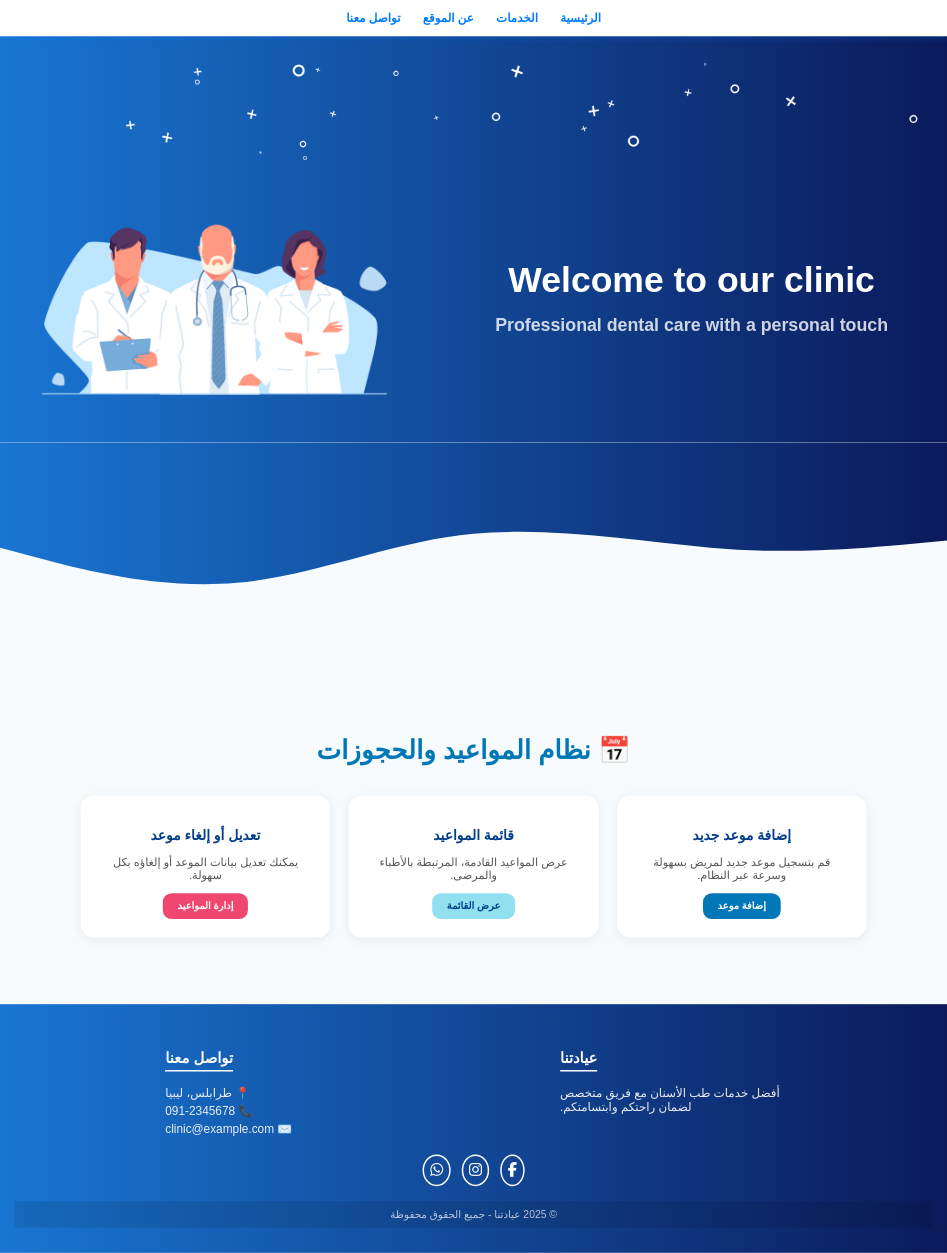
Repository: mysite4/s
Page: http://localhost/services/appointments/
These files come from the project's save history. The page is drawn as it stood at one moment and after the next save; the edit follows.
The browser window is 1280 px wide. The pictures show the whole page, at 74% of full size.
Some web fonts or font styles are not loaded; a fallback is used. The page is served by the project's application, run on Django 5.2 (manage.py).

Above is the page before, as saved 2025-10-28 14:47:41.

After the next save:
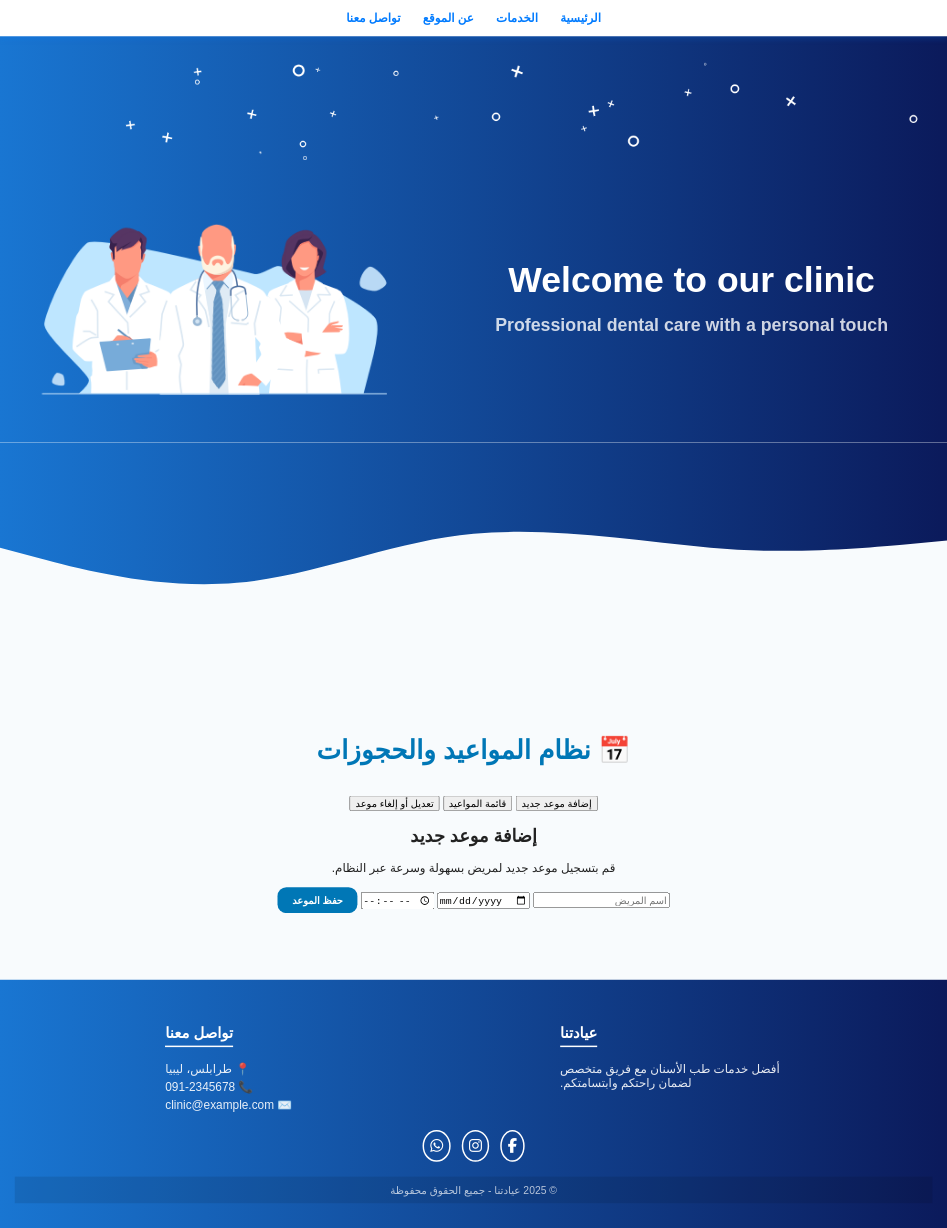
Saved 10 min 27 s later.
--- a/main/templates/services/appointments.html
+++ b/main/templates/services/appointments.html
@@ -7,24 +7,88 @@
 <div class="page-container fade-in">
   <h1 class="page-title">📅 نظام المواعيد والحجوزات</h1>
 
-  <div class="grid-container">
-    <div class="card">
-      <h3>إضافة موعد جديد</h3>
-      <p>قم بتسجيل موعد جديد لمريض بسهولة وسرعة عبر النظام.</p>
-      <button class="btn-main" onclick="alert('سيتم فتح نموذج إضافة موعد جديد')">إضافة موعد</button>
-    </div>
+  <!-- Tabs -->
+  <div class="tabs">
+    <button class="tab-btn active" data-tab="add">إضافة موعد جديد</button>
+    <button class="tab-btn" data-tab="list">قائمة المواعيد</button>
+    <button class="tab-btn" data-tab="manage">تعديل أو إلغاء موعد</button>
+  </div>
 
-    <div class="card">
-      <h3>قائمة المواعيد</h3>
-      <p>عرض المواعيد القادمة، المرتبطة بالأطباء والمرضى.</p>
-      <button class="btn-secondary" onclick="alert('سيتم عرض جميع المواعيد الحالية')">عرض القائمة</button>
-    </div>
+  <!-- محتوى Tabs -->
+  <div class="tab-content" id="add">
+    <h2>إضافة موعد جديد</h2>
+    <p>قم بتسجيل موعد جديد لمريض بسهولة وسرعة عبر النظام.</p>
+    <!-- هنا ممكن تحط نموذج Django Form -->
+    <form>
+      <input type="text" placeholder="اسم المريض">
+      <input type="date" placeholder="تاريخ الموعد">
+      <input type="time" placeholder="وقت الموعد">
+      <button class="btn-main">حفظ الموعد</button>
+    </form>
+  </div>
 
-    <div class="card">
-      <h3>تعديل أو إلغاء موعد</h3>
-      <p>يمكنك تعديل بيانات الموعد أو إلغاؤه بكل سهولة.</p>
-      <button class="btn-alert" onclick="alert('سيتم فتح صفحة تعديل أو إلغاء المواعيد')">إدارة المواعيد</button>
-    </div>
+  <div class="tab-content" id="list" style="display:none;">
+    <h2>قائمة المواعيد</h2>
+    <p>عرض المواعيد القادمة، المرتبطة بالأطباء والمرضى.</p>
+    <!-- هنا ممكن تحط جدول بالمواعيد -->
+    <table class="appointments-table">
+      <thead>
+        <tr>
+          <th>اسم المريض</th>
+          <th>التاريخ</th>
+          <th>الوقت</th>
+          <th>الطبيب</th>
+        </tr>
+      </thead>
+      <tbody>
+        <!-- تكرار المواعيد باستخدام Django loop -->
+        {% for appointment in appointments %}
+        <tr>
+          <td>{{ appointment.patient_name }}</td>
+          <td>{{ appointment.date }}</td>
+          <td>{{ appointment.time }}</td>
+          <td>{{ appointment.doctor_name }}</td>
+        </tr>
+        {% endfor %}
+      </tbody>
+    </table>
+  </div>
+
+  <div class="tab-content" id="manage" style="display:none;">
+    <h2>تعديل أو إلغاء موعد</h2>
+    <p>يمكنك تعديل بيانات الموعد أو إلغاؤه بكل سهولة.</p>
+    <!-- مثال: اختيار موعد للتعديل -->
+    <form>
+      <select>
+        {% for appointment in appointments %}
+        <option value="{{ appointment.id }}">{{ appointment.patient_name }} - {{ appointment.date }}</option>
+        {% endfor %}
+      </select>
+      <button class="btn-alert">تعديل</button>
+      <button class="btn-secondary">إلغاء</button>
+    </form>
   </div>
 </div>
+
+<!-- JS لتبديل الـ Tabs -->
+<script>
+  const tabButtons = document.querySelectorAll('.tab-btn');
+  const tabContents = document.querySelectorAll('.tab-content');
+
+  tabButtons.forEach(btn => {
+    btn.addEventListener('click', () => {
+      // إزالة active من كل الأزرار
+      tabButtons.forEach(b => b.classList.remove('active'));
+      btn.classList.add('active');
+
+      // إخفاء كل المحتويات
+      tabContents.forEach(c => c.style.display = 'none');
+
+      // إظهار المحتوى المختار
+      const tabId = btn.getAttribute('data-tab');
+      document.getElementById(tabId).style.display = 'block';
+    });
+  });
+</script>
+
 {% endblock %}
